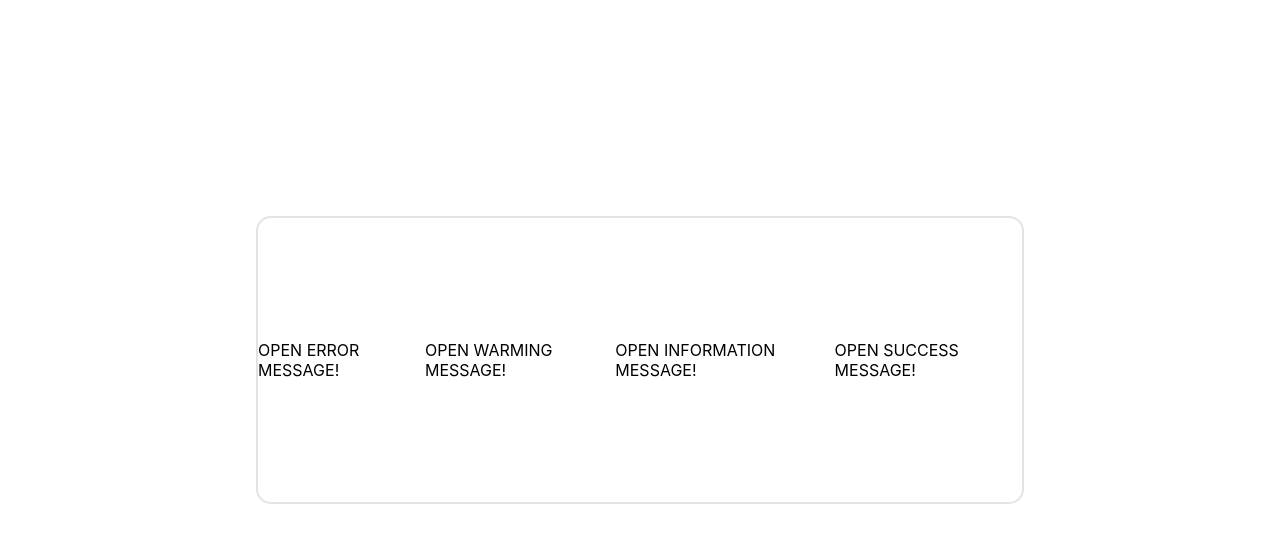
Repository: KrzysKolo/sr_tydzien5_zad2
Page: /
These files come from the project's save history. The page is drawn as it stood at one moment and after the next save; the edit follows.
The browser window is 1280 px wide. The pictures show the whole page.
The project was rebuilt for these pictures with package versions that can differ from the ones it lists, and the page was loaded fresh each time.

Above is the page before, as saved 2020-12-21 16:38:38.

After the next save:
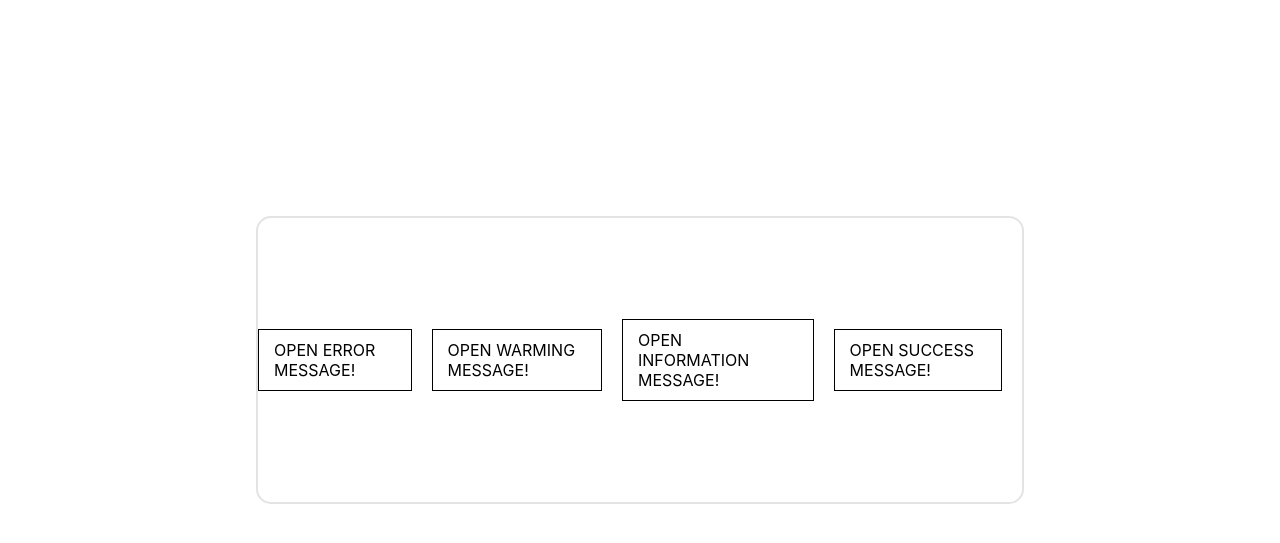
Saved 65 s later.
--- a/src/App.css
+++ b/src/App.css
@@ -21,3 +21,8 @@ body {
   justify-content: center;
   align-items: center;
 }
+.btn {
+  border: 1px solid black;
+  padding: 10px 15px;
+  margin-right: 20px;
+}
